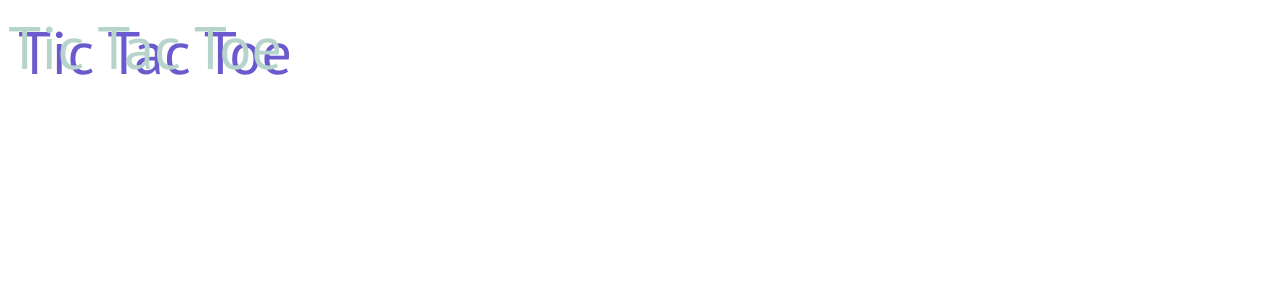
Repository: chin9/TicTacToe
Page: index.html
The author's editor kept a copy of each file at every save. The page is drawn from the files as they stood at one save, then again after the next save.
The browser window is 1280 px wide. The pictures show the whole page.

Above is the page before, as saved 2021-05-12 13:36:52.

After the next save:
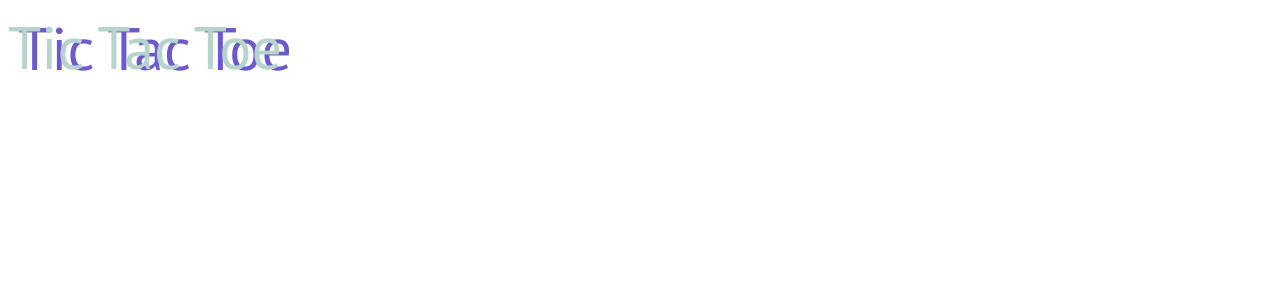
Saved 5 s later.
--- a/style.css
+++ b/style.css
@@ -4,6 +4,6 @@ header{
     font-family: 'PT Sans', sans-serif;
     font-size: 60px;
     color: rgb(182, 212, 203);
-    text-shadow: 10px 5px slateblue;
+    text-shadow: 10px 1px slateblue;
 
 }
